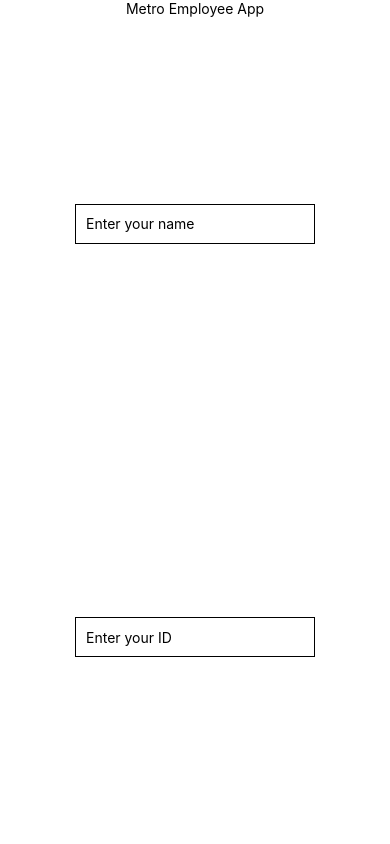
Repository: VishnuJG/Metro-Employee-App
Screen: /
These files come from the project's save history. The screen is drawn as it stood at one moment and after the next save; the edit follows.
The app was drawn by React Native's web renderer in a window 390 px wide. The project was rebuilt for these pictures with package versions that can differ from the ones it lists, and the page was loaded fresh each time.

Above is the screen before, as saved 2022-06-28 12:38:14.

### App.js
import { StatusBar } from 'expo-status-bar';
import React, { useState } from "react";
import { StyleSheet, Text, View, TextInput} from 'react-native';
import { useDimensions } from '@react-native-community/hooks';


export default function App() {

  // const {lanscape}=useDimensions();
  const [emp, onEmpUpdate] = useState([{ id: 0, name: " Vishnu J G" }]);
  const [name, onChangeName] = useState("");
  const [number, onChangeNumber] = useState(null);
  return (
    <View style={styles.container}>
      <Text>Metro Employee App</Text>
      <View style={styles.inputForm}>
        <TextInput
          style={styles.input}
          onChangeText={onChangeName}
          placeholder="Enter your name"
          value={name}
        />
      </View>
      <View style={styles.inputForm}>

        <TextInput
          style={styles.input}
          onChangeText={onChangeNumber}
          value={number}
          placeholder="Enter your ID"
          keyboardType="numeric"
        />
      </View>
    </View>
  );
}

const styles = StyleSheet.create({
  container: {
    flex: 1,
    backgroundColor: '#fff',
    alignItems: 'center',
    justifyContent: 'center',
    // topPadding:lanscape?20:0,
  },
  input: {
    height: 40,
    margin: 12,
    borderWidth: 1,
    padding: 10,
  },
  inputForm:{
    flex : 1,
    flexDirection: 'row',
    alignItems: 'center',
    justifyContent: 'center',
  }
});

After the next save:
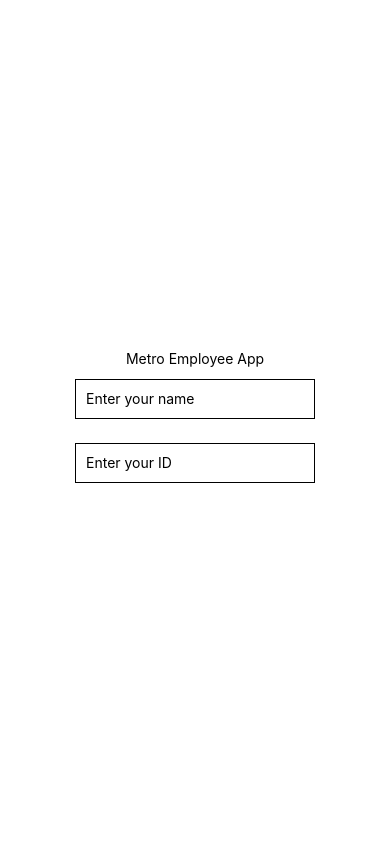
Saved 40 s later.
--- a/App.js
+++ b/App.js
@@ -13,15 +13,15 @@ export default function App() {
   return (
     <View style={styles.container}>
       <Text>Metro Employee App</Text>
-      <View style={styles.inputForm}>
+
         <TextInput
           style={styles.input}
           onChangeText={onChangeName}
           placeholder="Enter your name"
           value={name}
         />
-      </View>
-      <View style={styles.inputForm}>
+
+
 
         <TextInput
           style={styles.input}
@@ -30,7 +30,7 @@ export default function App() {
           placeholder="Enter your ID"
           keyboardType="numeric"
         />
-      </View>
+
     </View>
   );
 }
